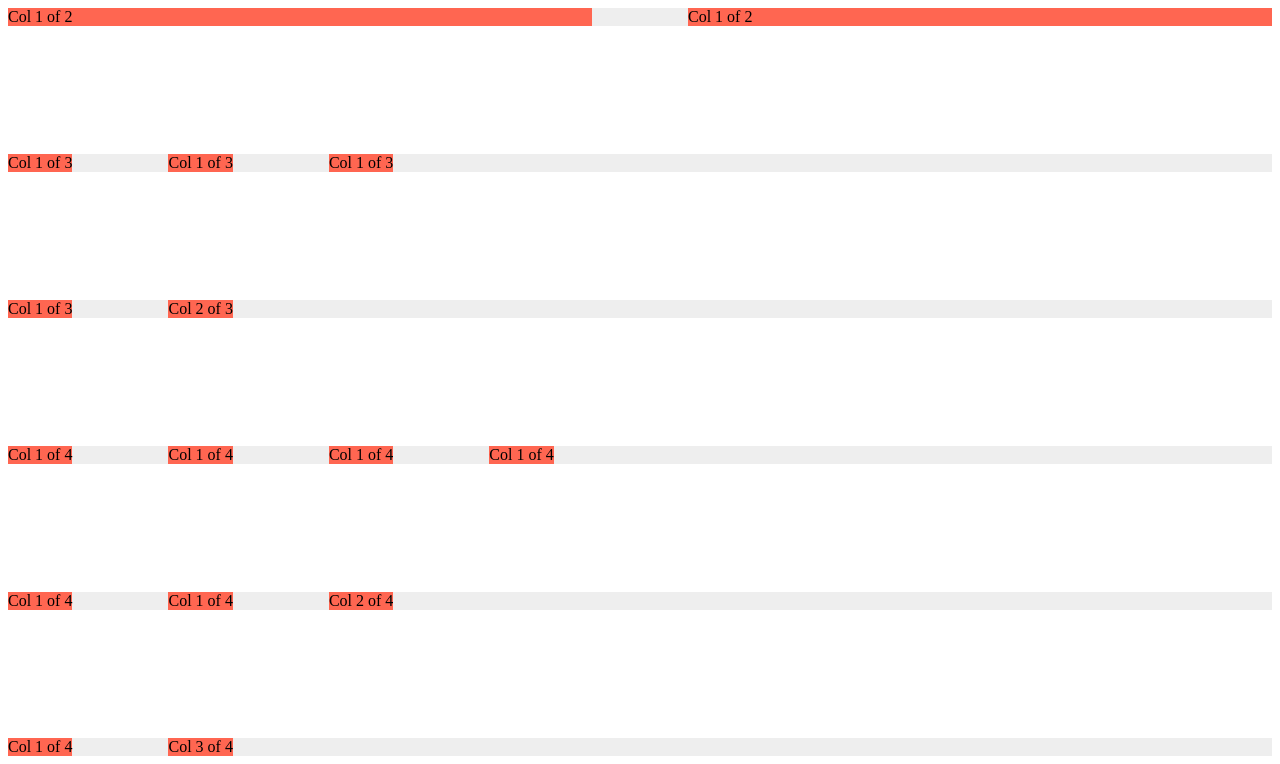
Repository: haokiet2501/grid-basic
Page: index.html
These files come from the project's save history. The page is drawn as it stood at one moment and after the next save; the edit follows.
The browser window is 1280 px wide. The pictures show the whole page.

Above is the page before, as saved 2022-08-11 18:53:52.

### index.html
<!DOCTYPE html>
<html lang="en">
<head>
    <meta charset="UTF-8">
    <meta http-equiv="X-UA-Compatible" content="IE=edge">
    <meta name="viewport" content="width=device-width, initial-scale=1.0">
    <link rel="stylesheet" href="styles.css">
    <title>GRID BASIC</title>
</head>
<body>
    <section class="grid-test">
        <div class="row">
            <div class="col-1-of-2">
                Col 1 of 2
            </div>
            <div class="col-1-of-2">
                Col 1 of 2
            </div>
        </div>

        <div class="row">
            <div class="col-1-of-3">
                Col 1 of 3
            </div>
            <div class="col-1-of-3">
                Col 1 of 3
            </div>
            <div class="col-1-of-3">
                Col 1 of 3
            </div>
        </div>

        <div class="row">
            <div class="col-1-of-3">
                Col 1 of 3
            </div>
            <div class="col-2-of-3">
                Col 2 of 3
            </div>
        </div>

        <div class="row">
            <div class="col-1-of-4">
                Col 1 of 4
            </div>
            <div class="col-1-of-4">
                Col 1 of 4
            </div>
            <div class="col-1-of-4">
                Col 1 of 4
            </div>
            <div class="col-1-of-4">
                Col 1 of 4
            </div>
        </div>

        <div class="row">
            <div class="col-1-of-4">
                Col 1 of 4
            </div>
            <div class="col-1-of-4">
                Col 1 of 4
            </div>
            <div class="col-2-of-4">
                Col 2 of 4
            </div>
        </div>

        <div class="row">
            <div class="col-1-of-4">
                Col 1 of 4
            </div>
            <div class="col-3-of-4">
                Col 3 of 4
            </div>
        </div>

    </section>
</body>
</html>

### styles.css
:root {
    --grid-width: 114rem;
    --gutter-vertical: 8rem;
    --gutter-horizonal: 6rem
}

.row {
    max-width: var(--grid-width);
    background: #eee;
    margin: 0 auto;
}

.row::after {
    content: "";
    display: table;
    clear: both;
}

.row:not(:last-child) {
    margin-bottom: var(--gutter-vertical);
}

[class^='col-'] {
    background-color: #FF6651;
    float: left;
}

[class^='col-']:not(:last-child) {
    margin-right: var(--gutter-horizonal);
}

.col-1-of-2 {
    width: calc((100% - var(--gutter-horizonal)) / 2);
}

.col-1-of-3 {
    width: calc((100% -2 * var(--gutter-horizonal)) / 3);

}

After the next save:
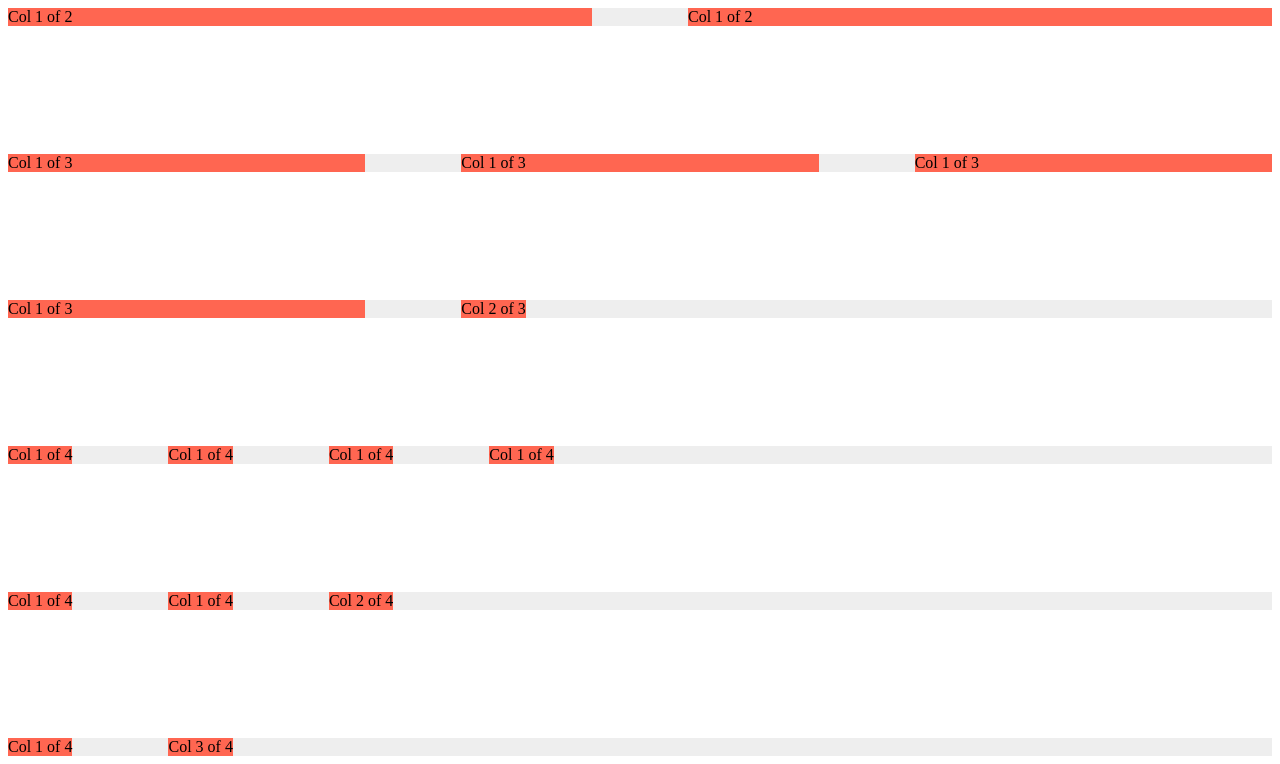
Saved 18 s later.
--- a/styles.css
+++ b/styles.css
@@ -34,6 +34,6 @@
 }
 
 .col-1-of-3 {
-    width: calc((100% -2 * var(--gutter-horizonal)) / 3);
+    width: calc((100% - 2 * var(--gutter-horizonal)) / 3);
 
 }
